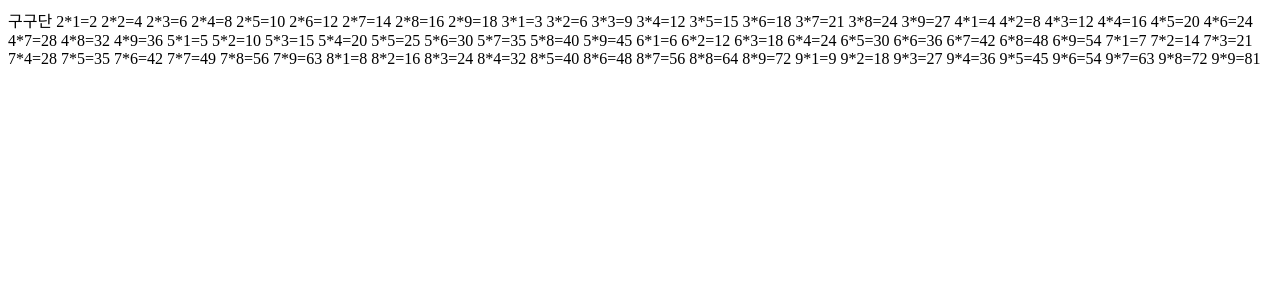
Repository: Yongb15/4.jsp
Page: http://localhost/Ex_0527/gugudan.jsp
The author's editor kept a copy of each file at every save. The page is drawn from the files as they stood at one save, then again after the next save.
The browser window is 1280 px wide. The pictures show the whole page.
The page is served by Tomcat 10. Other server files are loaded and not shown.

Above is the page before, as saved 2024-05-27 12:11:26.

### Ex_0527/src/main/webapp/gugudan.jsp
<%@ page language="java" contentType="text/html; charset=UTF-8"
    pageEncoding="UTF-8"%>
<!DOCTYPE html>
<html>
<head>
<meta charset="UTF-8">
<title>구구단</title>
</head>
<body>
<table>
 <tr>구구단</tr>
 <tb>
 <%for(int i = 2; i<=9; i++){
			for(int j = 1; j<=9; j++){
				out.println(i+"*"+j+"="+(i*j));
			}
		}%>
	</tb>
</table>
</body>
</html>

After the next save:
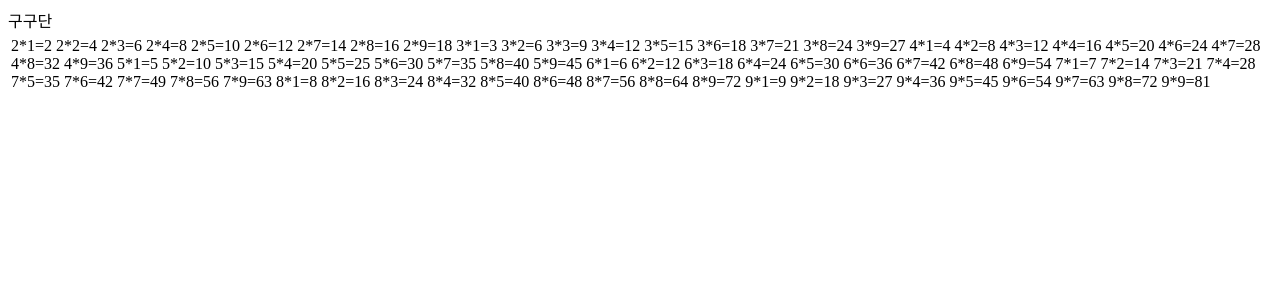
Saved 27 s later.
--- a/Ex_0527/src/main/webapp/gugudan.jsp
+++ b/Ex_0527/src/main/webapp/gugudan.jsp
@@ -9,13 +9,14 @@
 <body>
 <table>
  <tr>구구단</tr>
- <tb>
+ <td>
  <%for(int i = 2; i<=9; i++){
 			for(int j = 1; j<=9; j++){
 				out.println(i+"*"+j+"="+(i*j));
 			}
 		}%>
-	</tb>
+ </td>
+
 </table>
 </body>
 </html>
